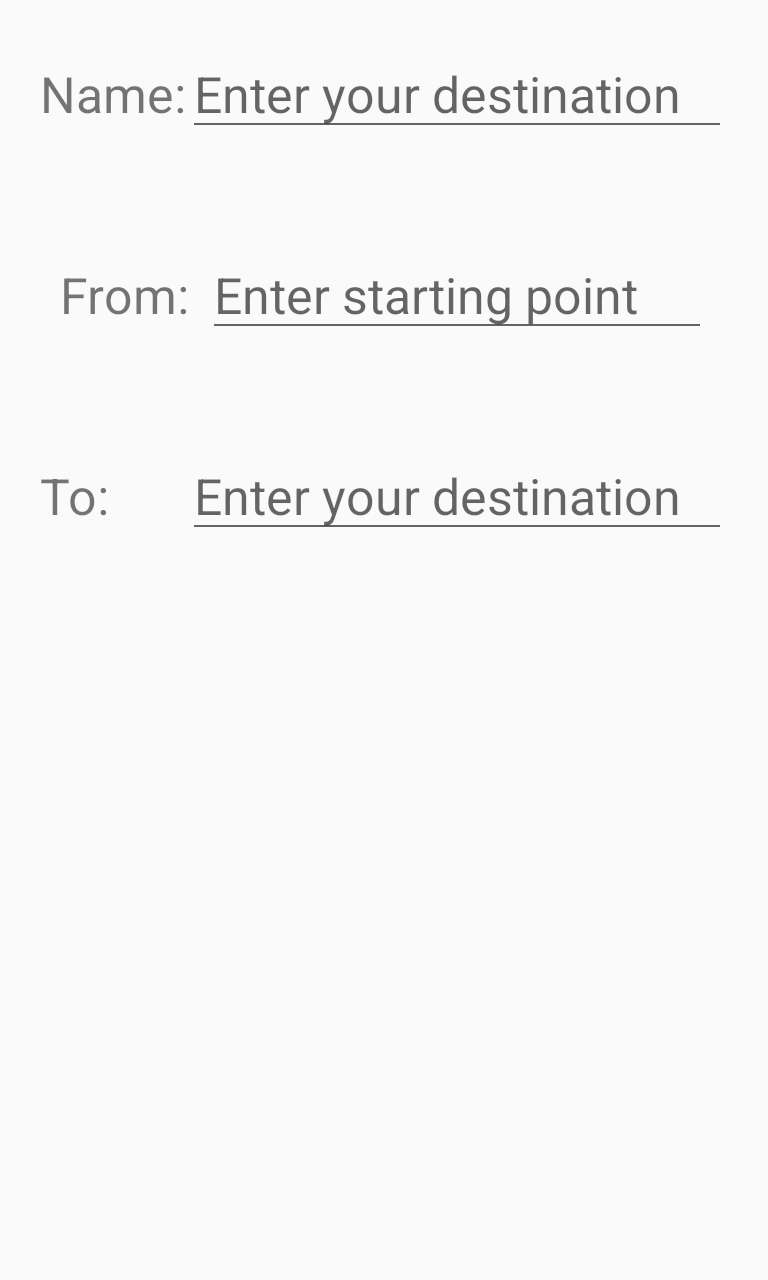
Repository: TewodrosT/LiLY
Layout: TransportationLily/res/layout/activity_main.xml
An editor plug-in stored every save of this project. The layout is shown before and after the next save, followed by the edit.
It is drawn on a 768 x 1280 px phone screen (xhdpi) without system bars, with theme AppTheme; the app's code is not run.

Above is the layout before, as saved 2014-08-06 10:53:10.

### TransportationLily/res/layout/activity_main.xml
<LinearLayout xmlns:android="http://schemas.android.com/apk/res/android"
    xmlns:tools="http://schemas.android.com/tools"
    android:layout_width="match_parent"
    android:layout_height="match_parent"
    android:orientation="vertical"
    tools:context="com.example.transportationlily.MainActivity" >

    <TableLayout
        android:layout_width="match_parent"
        android:layout_height="match_parent" >


        <TableRow
            android:layout_width="wrap_content"
            android:layout_height="wrap_content"
            android:layout_margin="20sp" >

            <TextView
                android:layout_width="wrap_content"
                android:layout_height="wrap_content"
                android:text="@string/senior_name"
                android:textSize="25sp" />

            <EditText
                android:id="@+id/to"
                android:layout_width="0dp"
                android:layout_height="wrap_content"
                android:layout_weight="1"
                android:hint="@string/ending_location"
                android:textSize="25sp" />
        </TableRow>

        <TableRow
            android:layout_width="wrap_content"
            android:layout_height="wrap_content"
            android:layout_margin="30sp" >

            <TextView
                android:layout_width="wrap_content"
                android:layout_height="wrap_content"
                android:text="@string/starting_point"
                android:textSize="25sp" />

            <EditText
                android:id="@+id/from"
                android:layout_width="0dp"
                android:layout_height="wrap_content"
                android:layout_weight="1"
                android:hint="@string/starting_location"
                android:textSize="25sp" />
        </TableRow>

        <TableRow
            android:layout_width="wrap_content"
            android:layout_height="wrap_content"
            android:layout_margin="20sp" >

            <TextView
                android:layout_width="wrap_content"
                android:layout_height="wrap_content"
                android:text="@string/destination_point"
                android:textSize="25sp" />

            <EditText
                android:id="@+id/to"
                android:layout_width="0dp"
                android:layout_height="wrap_content"
                android:layout_weight="1"
                android:hint="@string/ending_location"
                android:textSize="25sp" />
        </TableRow>
    </TableLayout>

</LinearLayout>

### TransportationLily/res/values/strings.xml
<?xml version="1.0" encoding="utf-8"?>
<resources>

    <string name="app_name">TransportationLily</string>
    <string name="hello_world">Hello world!</string>
    <string name="action_settings">Settings</string>
    <string name= "starting_point">From: </string>
    <string name="starting_location">Enter starting point</string>
    <string name= "destination_point">To: </string>
    <string name="ending_location">Enter your destination</string>
    <string name= "senior_name"> Name: </string>


</resources>

Loaded but not shown: TransportationLily/res/values/styles.xml (common file); TransportationLily/res/values-v11/styles.xml (common file); TransportationLily/res/values-v14/styles.xml (common file)

After the next save:
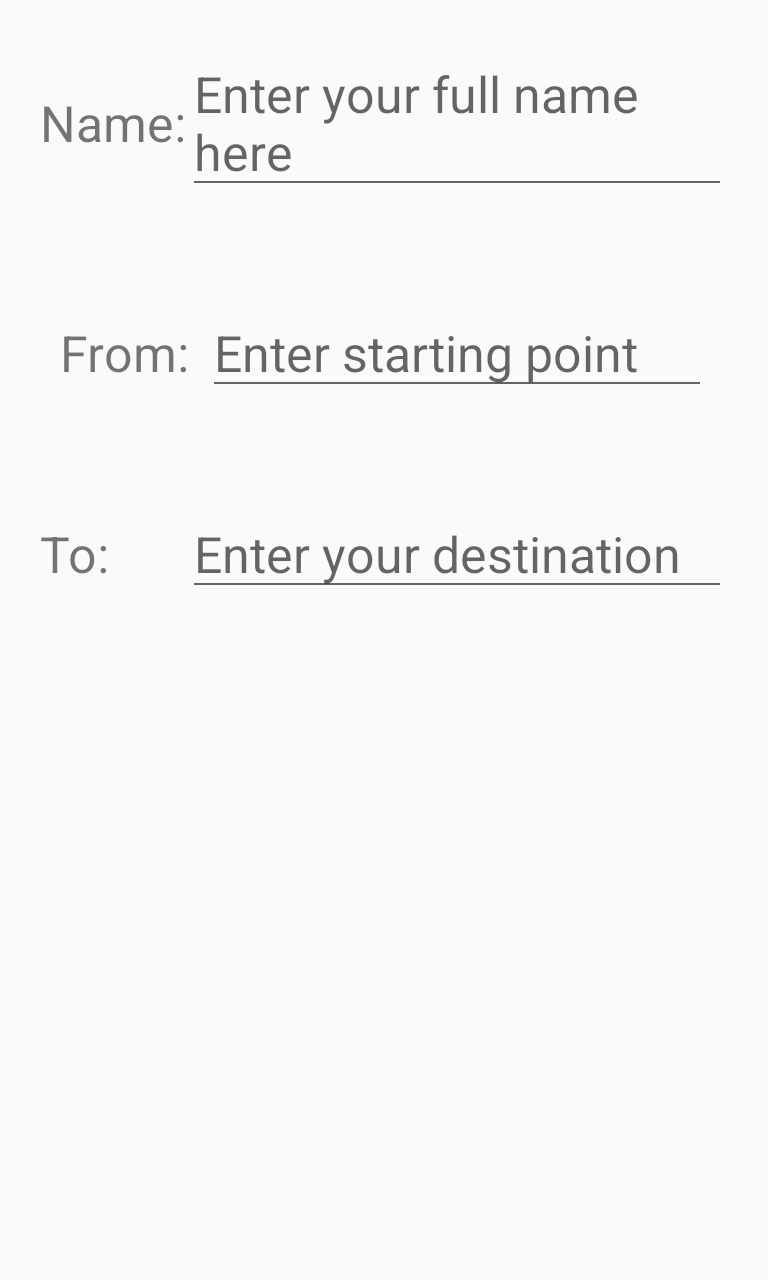
Saved 64 s later.
--- a/TransportationLily/res/layout/activity_main.xml
+++ b/TransportationLily/res/layout/activity_main.xml
@@ -26,7 +26,7 @@
                 android:layout_width="0dp"
                 android:layout_height="wrap_content"
                 android:layout_weight="1"
-                android:hint="@string/ending_location"
+                android:hint="@string/typein_name"
                 android:textSize="25sp" />
         </TableRow>
 
--- a/TransportationLily/res/values/strings.xml
+++ b/TransportationLily/res/values/strings.xml
@@ -9,6 +9,6 @@
     <string name= "destination_point">To: </string>
     <string name="ending_location">Enter your destination</string>
     <string name= "senior_name"> Name: </string>
-
+    <string name= "typein_name"> Enter your full name here</string>
 
 </resources>
